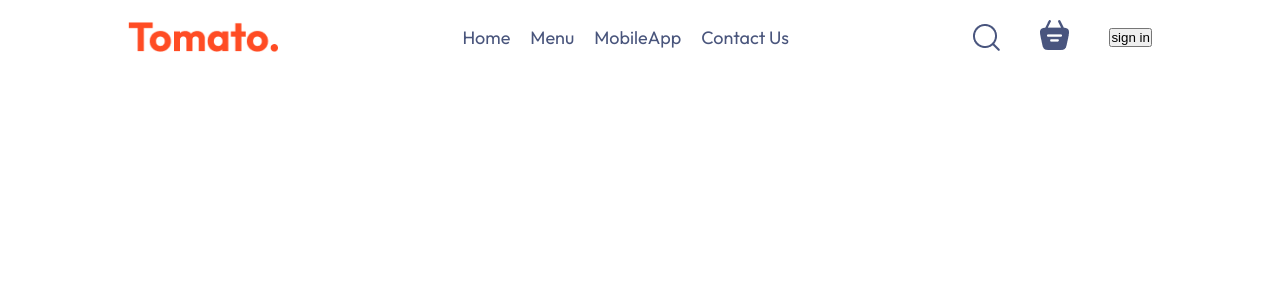
Repository: guilhermecardoso93/tomato-front-end
Page: /
The author's editor kept a copy of each file at every save. The page is drawn from the files as they stood at one save, then again after the next save.
The browser window is 1280 px wide. The pictures show the whole page.
The project was rebuilt for these pictures with package versions that can differ from the ones it lists, and the page was loaded fresh each time. Also part of the build but not shown: vite.config.js.

Above is the page before, as saved 2024-10-25 20:10:02.

### index.html
<!doctype html>
<html lang="en">

<head>
    <meta charset="UTF-8" />
    <link rel="icon" type="image/svg+xml" href="" />
    <link rel="preconnect" href="https://fonts.googleapis.com">
    <link rel="preconnect" href="https://fonts.gstatic.com" crossorigin>
    <link href="https://fonts.googleapis.com/css2?family=Inter:ital,opsz,wght@0,14..32,100..900;1,14..32,100..900&family=Outfit:wght@100..900&display=swap" rel="stylesheet">
    <meta name="viewport" content="width=device-width, initial-scale=1.0" />
    <title>Tomato</title>
</head>

<body>
    <div id="root"></div>
    <script type="module" src="/src/main.jsx"></script>
</body>

</html>

### src/index.css
* {
  padding: 0;
  margin: 0;
  box-sizing: border-box;
}

body {
  min-height: 100vh;
  font-family: "Outfit", sans-serif;
}

a {
  text-decoration: none;
  color: inherit;
}

.app {
  width: 80%;
  margin: auto;
}

### src/App.jsx
import { Navbar } from "./components/Navbar";

export function App() {
  return (
    <div className="app">
      <Navbar />
    </div>
  );
}

### src/components/Navbar/index.jsx
import { assets } from "../../assets/assets";
import "./styles.css";

export const Navbar = () => {
  return (
    <div className="navbar">
      <img src={assets.logo} alt="Logo" className="logo" />
      <ul className="navbar-menu">
        <li>Home</li>
        <li>Menu</li>
        <li>MobileApp</li>
        <li>Contact Us</li>
      </ul>
      <div className="navbar-right">
        <img src={assets.search_icon} alt="" />
        <div className="navbar-search-icon">
          <img src={assets.basket_icon} alt="" />
          <div className="dot"></div>
        </div>
        <button>sign in</button>
      </div>
    </div>
  );
};

### src/assets/assets.js
import basket_icon from './icons/basket_icon.png'
import logo from './logo.png'
import header_img from './header_img.png'
import search_icon from './icons/search_icon.png'
import menu_1 from './menu/menu_1.png'
import menu_2 from './menu/menu_2.png'
import menu_3 from './menu/menu_3.png'
import menu_4 from './menu/menu_4.png'
import menu_5 from './menu/menu_5.png'
import menu_6 from './menu/menu_6.png'
import menu_7 from './menu/menu_7.png'
import menu_8 from './menu/menu_8.png'

import food_1 from './food/food_1.png'
import food_2 from './food/food_2.png'
import food_3 from './food/food_3.png'
import food_4 from './food/food_4.png'
import food_5 from './food/food_5.png'
import food_6 from './food/food_6.png'
import food_7 from './food/food_7.png'
import food_8 from './food/food_8.png'
import food_9 from './food/food_9.png'
import food_10 from './food/food_10.png'
import food_11 from './food/food_11.png'
import food_12 from './food/food_12.png'
import food_13 from './food/food_13.png'
import food_14 from './food/food_14.png'
import food_15 from './food/food_15.png'
import food_16 from './food/food_16.png'
import food_17 from './food/food_17.png'
import food_18 from './food/food_18.png'
import food_19 from './food/food_19.png'
import food_20 from './food/food_20.png'
import food_21 from './food/food_21.png'
import food_22 from './food/food_22.png'
import food_23 from './food/food_23.png'
import food_24 from './food/food_24.png'
import food_25 from './food/food_25.png'
import food_26 from './food/food_26.png'
import food_27 from './food/food_27.png'
import food_28 from './food/food_28.png'
import food_29 from './food/food_29.png'
import food_30 from './food/food_30.png'
import food_31 from './food/food_31.png'
import food_32 from './food/food_32.png'

import add_icon_white from './icons/add_icon_white.png'
import add_icon_green from './icons/add_icon_green.png'
import remove_icon_red from './icons/remove_icon_red.png'
import app_store from './icons/app_store.png'
import play_store from './icons/play_store.png'
import linkedin_icon from './icons/linkedin_icon.png'
import facebook_icon from './icons/facebook_icon.png'
import twitter_icon from './icons/twitter_icon.png'
import cross_icon from './icons/cross_icon.png'
import selector_icon from './icons/selector_icon.png'
import rating_starts from './icons/rating_starts.png'
import profile_icon from './icons/profile_icon.png'
import bag_icon from './icons/bag_icon.png'
import logout_icon from './icons/logout_icon.png'
import parcel_icon from './icons/parcel_icon.png'

export const assets = {
    logo,
    basket_icon,
    header_img,
    search_icon,
    rating_starts,
    add_icon_green,
    add_icon_white,
    remove_icon_red,
    app_store,
    play_store,
    linkedin_icon,
    facebook_icon,
    twitter_icon,
    cross_icon,
    selector_icon,
    profile_icon,
    logout_icon,
    bag_icon,
    parcel_icon
}

export const menu_list = [
    {
        menu_name: "Salad",
        menu_image: menu_1
    },
    {
        menu_name: "Rolls",
        menu_image: menu_2
    },
    {
        menu_name: "Deserts",
        menu_image: menu_3
    },
    {
        menu_name: "Sandwich",
        menu_image: menu_4
    },
    {
        menu_name: "Cake",
        menu_image: menu_5
    },
    {
        menu_name: "Pure Veg",
        menu_image: menu_6
    },
    {
        menu_name: "Pasta",
        menu_image: menu_7
    },
    {
        menu_name: "Noodles",
        menu_image: menu_8
    }]

export const food_list = [
    {
        _id: "1",
        name: "Greek salad",
        image: food_1,
        price: 12,
        description: "Food provides essential nutrients for overall health and well-being",
        category: "Salad"
    },
    {
        _id: "2",
        name: "Veg salad",
        image: food_2,
        price: 18,
        description: "Food provides essential nutrients for overall health and well-being",
        category: "Salad"
    }, {
        _id: "3",
        name: "Clover Salad",
        image: food_3,
        price: 16,
        description: "Food provides essential nutrients for overall health and well-being",
        category: "Salad"
    }, {
        _id: "4",
        name: "Chicken Salad",
        image: food_4,
        price: 24,
        description: "Food provides essential nutrients for overall health and well-being",
        category: "Salad"
    }, {
        _id: "5",
        name: "Lasagna Rolls",
        image: food_5,
        price: 14,
        description: "Food provides essential nutrients for overall health and well-being",
        category: "Rolls"
    }, {
        _id: "6",
        name: "Peri Peri Rolls",
        image: food_6,
        price: 12,
        description: "Food provides essential nutrients for overall health and well-being",
        category: "Rolls"
    }, {
        _id: "7",
        name: "Chicken Rolls",
        image: food_7,
        price: 20,
        description: "Food provides essential nutrients for overall health and well-being",
        category: "Rolls"
    }, {
        _id: "8",
        name: "Veg Rolls",
        image: food_8,
        price: 15,
        description: "Food provides essential nutrients for overall health and well-being",
        category: "Rolls"
    }, {
        _id: "9",
        name: "Ripple Ice Cream",
        image: food_9,
        price: 14,
        description: "Food provides essential nutrients for overall health and well-being",
        category: "Deserts"
    }, {
        _id: "10",
        name: "Fruit Ice Cream",
        image: food_10,
        price: 22,
        description: "Food provides essential nutrients for overall health and well-being",
        category: "Deserts"
    }, {
        _id: "11",
        name: "Jar Ice Cream",
        image: food_11,
        price: 10,
        description: "Food provides essential nutrients for overall health and well-being",
        category: "Deserts"
    }, {
        _id: "12",
        name: "Vanilla Ice Cream",
        image: food_12,
        price: 12,
        description: "Food provides essential nutrients for overall health and well-being",
        category: "Deserts"
    },
    {
        _id: "13",
        name: "Chicken Sandwich",
        image: food_13,
        price: 12,
        description: "Food provides essential nutrients for overall health and well-being",
        category: "Sandwich"
    },
    {
        _id: "14",
        name: "Vegan Sandwich",
        image: food_14,
        price: 18,
        description: "Food provides essential nutrients for overall health and well-being",
        category: "Sandwich"
    }, {
        _id: "15",
        name: "Grilled Sandwich",
        image: food_15,
        price: 16,
        description: "Food provides essential nutrients for overall health and well-being",
        category: "Sandwich"
    }, {
        _id: "16",
        name: "Bread Sandwich",
        image: food_16,
        price: 24,
        description: "Food provides essential nutrients for overall health and well-being",
        category: "Sandwich"
    }, {
        _id: "17",
        name: "Cup Cake",
        image: food_17,
        price: 14,
        description: "Food provides essential nutrients for overall health and well-being",
        category: "Cake"
    }, {
        _id: "18",
        name: "Vegan Cake",
        image: food_18,
        price: 12,
        description: "Food provides essential nutrients for overall health and well-being",
        category: "Cake"
    }, {
        _id: "19",
        name: "Butterscotch Cake",
        image: food_19,
        price: 20,
        description: "Food provides essential nutrients for overall health and well-being",
        category: "Cake"
    }, {
        _id: "20",
        name: "Sliced Cake",
        image: food_20,
        price: 15,
        description: "Food provides essential nutrients for overall health and well-being",
        category: "Cake"
    }, {
        _id: "21",
        name: "Garlic Mushroom ",
        image: food_21,
        price: 14,
        description: "Food provides essential nutrients for overall health and well-being",
        category: "Pure Veg"
    }, {
        _id: "22",
        name: "Fried Cauliflower",
        image: food_22,
        price: 22,
        description: "Food provides essential nutrients for overall health and well-being",
        category: "Pure Veg"
    }, {
        _id: "23",
        name: "Mix Veg Pulao",
        image: food_23,
        price: 10,
        description: "Food provides essential nutrients for overall health and well-being",
        category: "Pure Veg"
    }, {
        _id: "24",
        name: "Rice Zucchini",
        image: food_24,
        price: 12,
        description: "Food provides essential nutrients for overall health and well-being",
        category: "Pure Veg"
    },
    {
        _id: "25",
        name: "Cheese Pasta",
        image: food_25,
        price: 12,
        description: "Food provides essential nutrients for overall health and well-being",
        category: "Pasta"
    },
    {
        _id: "26",
        name: "Tomato Pasta",
        image: food_26,
        price: 18,
        description: "Food provides essential nutrients for overall health and well-being",
        category: "Pasta"
    }, {
        _id: "27",
        name: "Creamy Pasta",
        image: food_27,
        price: 16,
        description: "Food provides essential nutrients for overall health and well-being",
        category: "Pasta"
    }, {
        _id: "28",
        name: "Chicken Pasta",
        image: food_28,
        price: 24,
        description: "Food provides essential nutrients for overall health and well-being",
        category: "Pasta"
    }, {
        _id: "29",
        name: "Buttter Noodles",
        image: food_29,
        price: 14,
        description: "Food provides essential nutrients for overall health and well-being",
        category: "Noodles"
    }, {
        _id: "30",
        name: "Veg Noodles",
        image: food_30,
        price: 12,
        description: "Food provides essential nutrients for overall health and well-being",
        category: "Noodles"
    }, {
        _id: "31",
        name: "Somen Noodles",
        image: food_31,
        price: 20,
        description: "Food provides essential nutrients for overall health and well-being",
        category: "Noodles"
    }, {
        _id: "32",
        name: "Cooked Noodles",
        image: food_32,
        price: 15,
        description: "Food provides essential nutrients for overall health and well-being",
        category: "Noodles"
    }
]

### src/components/Navbar/styles.css
.navbar {
  padding: 20px 0;
  display: flex;
  justify-content: space-between;
  align-items: center;
}

.navbar .logo {
  width: 150px;
}

.navbar-menu {
  display: flex;
  list-style: none;
  gap: 20px;
  color: #49557c;
  font-size: 18px;
}

.navbar-right {
  display: flex;
  align-items: center;
  gap: 40px;
}

Loaded but not shown: src/main.jsx (common file)

After the next save:
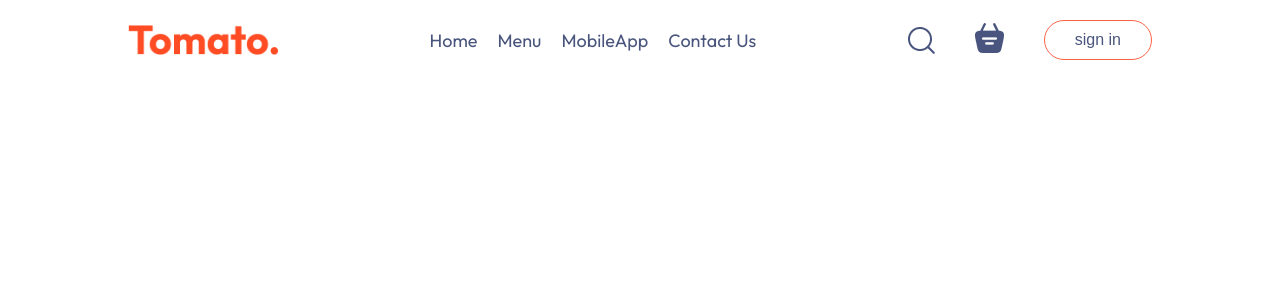
Saved 66 s later.
--- a/src/components/Navbar/styles.css
+++ b/src/components/Navbar/styles.css
@@ -22,3 +22,13 @@
   align-items: center;
   gap: 40px;
 }
+
+.navbar button {
+  background: transparent;
+  font-size: 16px;
+  color: #49557c;
+  border: 1px solid tomato;
+  padding: 10px 30px;
+  border-radius: 50px;
+  cursor: pointer;
+}
